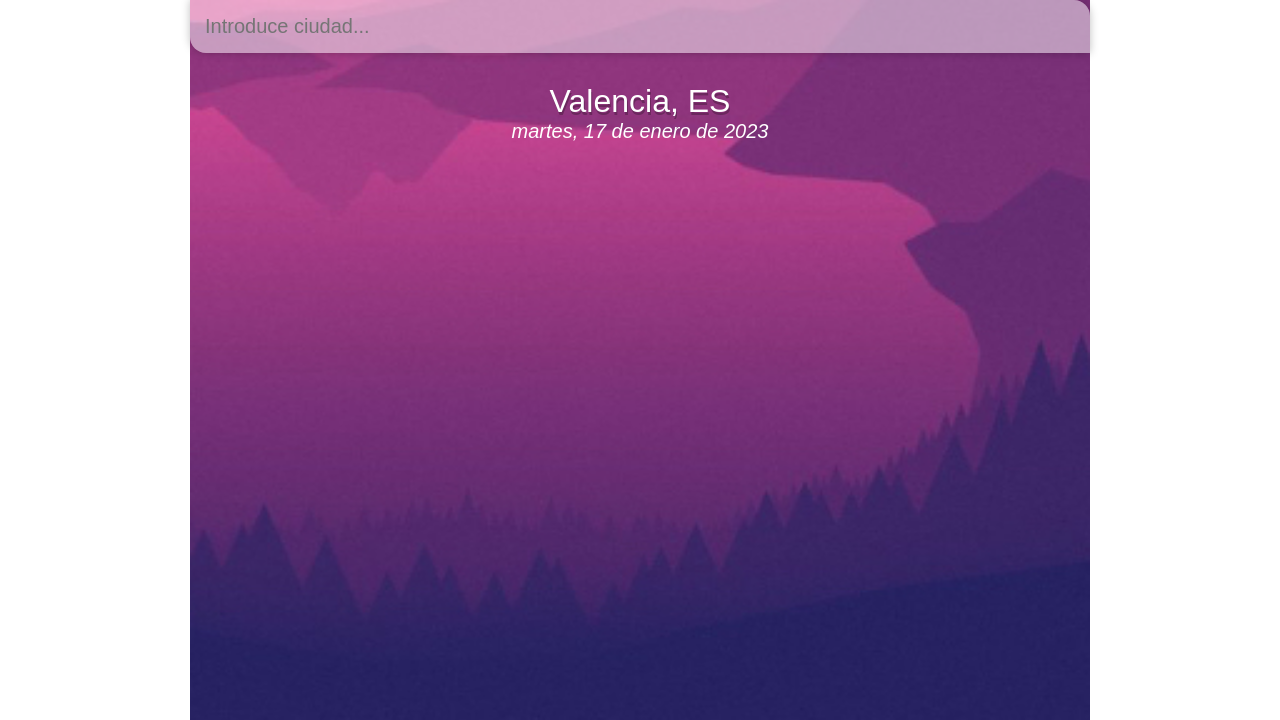
Repository: DaftyCode/weather-vue
Page: /
The author's editor kept a copy of each file at every save. The page is drawn from the files as they stood at one save, then again after the next save.
The browser window is 1280 px wide. The pictures show the whole page.
The project was rebuilt for these pictures with package versions that can differ from the ones it lists, and the page was loaded fresh each time. Also part of the build but not shown: vite.config.js.

Above is the page before, as saved 2023-01-17 13:31:55.

### src/App.vue
<script>
  export default {
    name: 'app',
    data() {
      return {
        query: '',
      };
    },
  };
</script>

<template>
  <div class="main-container">
    <main>
      <div class="search-box">
        <input type="text" class="search-bar" placeholder="Introduce ciudad..." v-model="query" />
      </div>

      <div class="weather-wrap">
        <div class="location-box">
          <div class="location">Valencia, ES</div>
          <div class="date">martes, 17 de enero de 2023</div>
        </div>
      </div>
    </main>
  </div>
</template>

<style>
  body {
    display: flex;
    justify-content: center;
    font-family: 'montserrat', sans-serif;
    min-height: 100vh;
    margin: 0;
  }

  #app {
    width: 100%;
    max-width: 900px;
    margin: 0;
    padding: 0;
    font-weight: normal;
  }

  .main-container {
    width: 100%;
    height: 100%;
    background-image: url('./assets/warm-bg.jpg');
    background-size: cover;
    background-position: bottom;
  }

  .search-box {
    display: flex;
    width: 100%;
    margin-bottom: 30px;
  }

  .search-box .search-bar {
    display: flex;
    width: 100%;
    padding: 15px;

    color: #313131;
    font-size: 20px;
    appearance: none;
    border: none;
    outline: none;
    background: none;
    box-shadow: 0px 0px 8px rgba(0, 0, 0, 0.25);
    background-color: rgba(255, 255, 255, 0.5);
    border-radius: 0px 16px 0px 16px;
    transition: 0.4s;
  }

  .search-box .search-bar:focus {
    box-shadow: 0px 0px 16px rgba(0, 0, 0, 0.25);
    background-color: rgba(255, 255, 255, 0.75);
    border-radius: 16px 0px 16px 0px;
  }

  .location-box .location {
    color: #fff;
    font-size: 32px;
    font-weight: 500;
    text-align: center;
    text-shadow: 1px 3px rgba(0, 0, 0, 0.25);
  }

  .location-box .date {
    color: #fff;
    font-size: 20px;
    font-weight: 300;
    font-style: italic;
    text-align: center;
  }
</style>

Loaded but not shown: index.html (common file); src/main.js (common file)

After the next save:
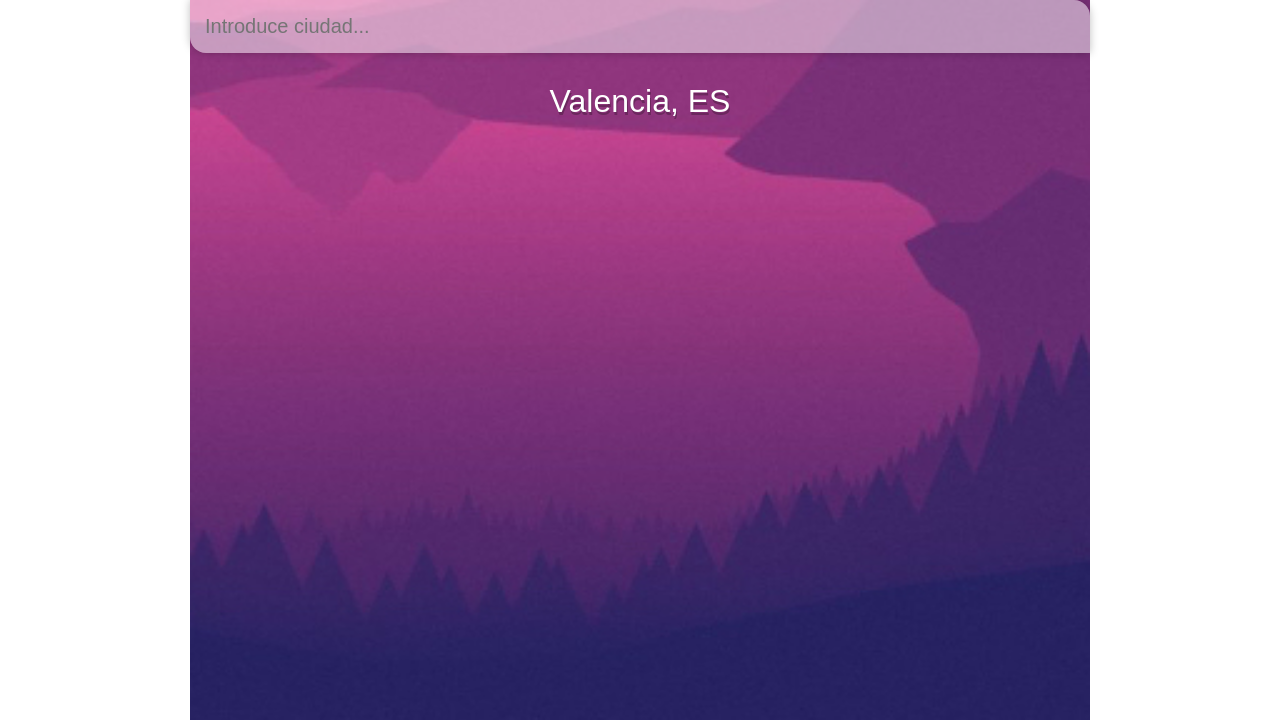
Saved 6 min 30 s later.
--- a/src/App.vue
+++ b/src/App.vue
@@ -5,6 +5,15 @@
       return {
         query: '',
       };
+    },
+
+    methods: {
+      dateBuilder() {
+        let day = new Date();
+        const options = { weekday: 'long', year: 'numeric', month: 'long', day: 'numeric' };
+
+        return day.toLocaleDateString('es-ES', options);
+      },
     },
   };
 </script>
@@ -19,7 +28,7 @@
       <div class="weather-wrap">
         <div class="location-box">
           <div class="location">Valencia, ES</div>
-          <div class="date">martes, 17 de enero de 2023</div>
+          <div class="date"></div>
         </div>
       </div>
     </main>

After the save that followed:
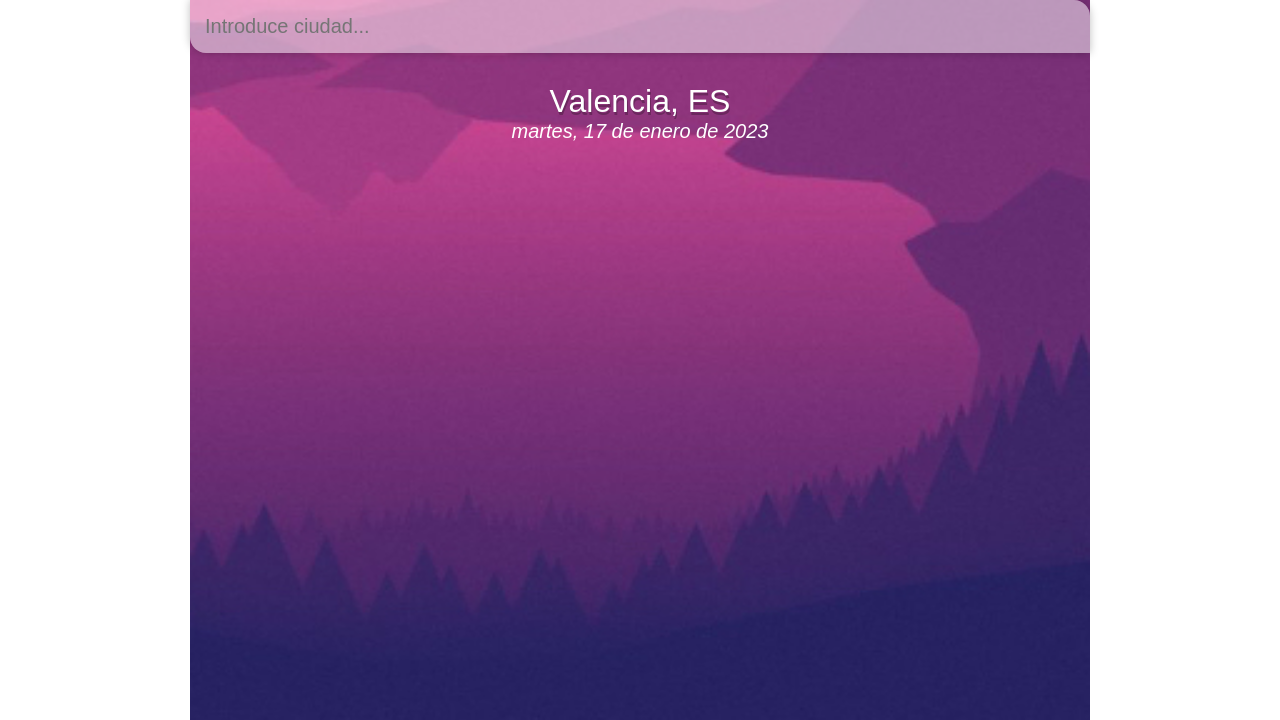
Saved 41 s later.
--- a/src/App.vue
+++ b/src/App.vue
@@ -28,7 +28,7 @@
       <div class="weather-wrap">
         <div class="location-box">
           <div class="location">Valencia, ES</div>
-          <div class="date"></div>
+          <div class="date">{{ dateBuilder() }}</div>
         </div>
       </div>
     </main>
